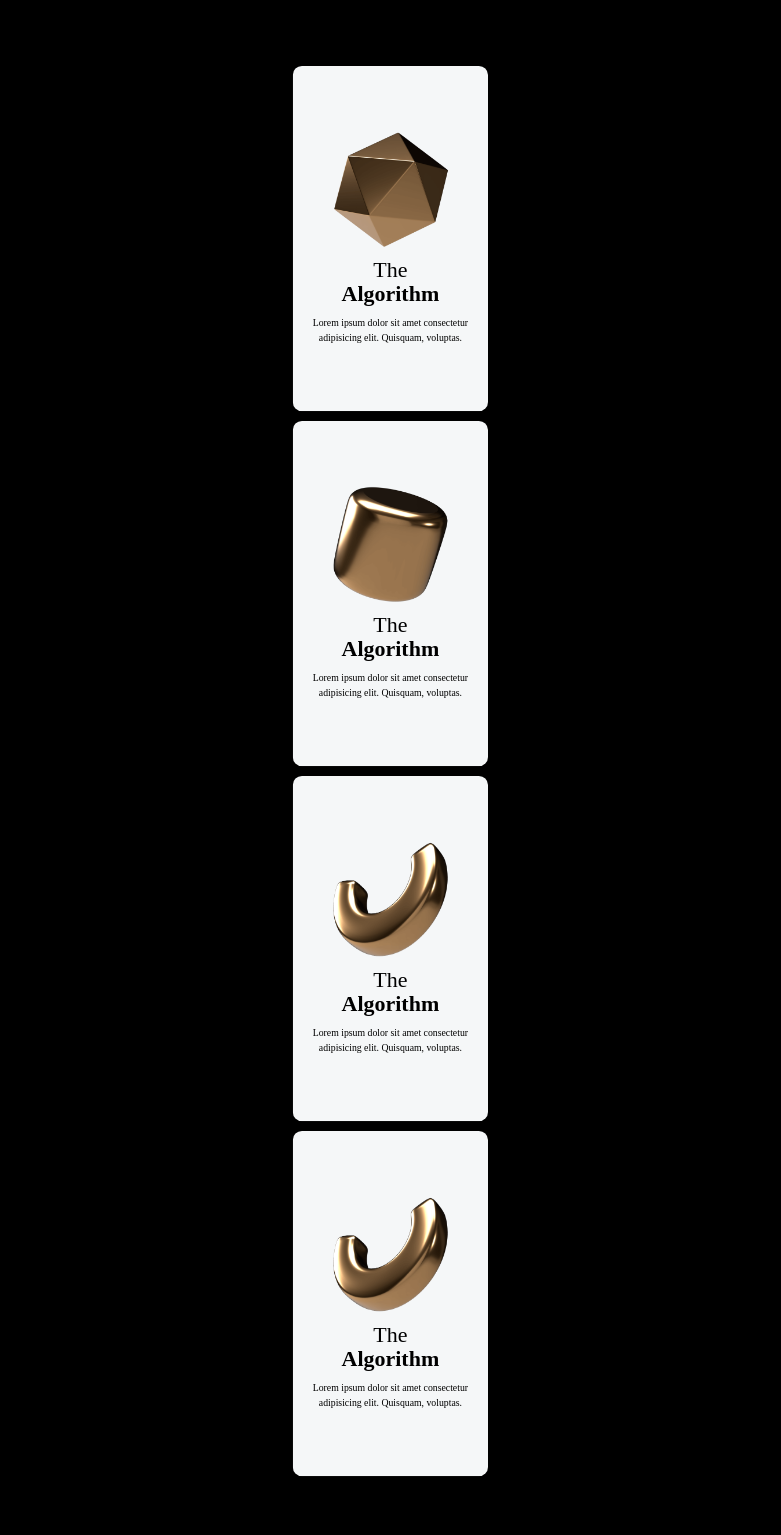
Repository: Himani0002/Scroll-Trigger
Page: index.html
These files come from the project's save history. The page is drawn as it stood at one moment and after a run of saves; the edit follows.
The browser window is 1280 px wide. The pictures show the whole page, at 61% of full size.
Some web fonts or font styles are not loaded; a fallback is used. Some web libraries are served in a nearby version.

Above is the page before, as saved 2024-11-15 21:42:35.

### index.html
<!DOCTYPE html>
<html lang="en">

<head>
  <meta charset="UTF-8">
  <meta name="viewport" content="width=device-width, initial-scale=1.0">
  <script src="https://cdn.tailwindcss.com"></script>
  <title>Document</title>
  <style>
    @import url('https://fonts.googleapis.com/css2?family=Edu+AU+VIC+WA+NT+Pre:wght@400..700&family=Lato:ital,wght@0,100;0,300;0,400;0,700;0,900;1,100;1,300;1,400;1,700;1,900&family=Montserrat:ital,wght@0,100..900;1,100..900&family=Roboto+Slab:wght@100..900&display=swap');

    * {
      padding: 0;
      font-family: "Edu AU VIC WA NT Pre", cursive;
      margin: 0;
      box-sizing: border-box;
    }

    html,
    body {
      height: 100%;
      width: 100%;
      background-color: black;
    }
  </style>
</head>
<main class="w-full  text-center flex flex-col gap-4 items-center pt-[15vh]">
  <div
    class="card1 flex sticky top-[15vh] flex-col w-[25svw] rounded-[15px] py-[15vh] px-[20px] gap-4 items-center bg-[#F5F7F8]">
    <img src="./image/1.png" class="w-[190px] aspect-square" alt="">
    <h1 class="text-4xl font-thin">
      The<br>
      <span class="font-bold">Algorithm</span>
    </h1>
    <p>
      Lorem ipsum dolor sit amet consectetur adipisicing elit. Quisquam, voluptas.
    </p>
  </div>
  <div
    class="card2 sticky top-[15vh] flex flex-col w-[25svw] rounded-[15px] py-[15vh] px-[20px] gap-4 items-center bg-[#F5F7F8]">
    <img src="./image/2.png" class="w-[190px] aspect-square" alt="">
    <h1 class="text-4xl font-thin">
      The<br>
      <span class="font-bold">Algorithm</span>
    </h1>
    <p>
      Lorem ipsum dolor sit amet consectetur adipisicing elit. Quisquam, voluptas.
    </p>
  </div>
  <div
    class="card3 sticky top-[15vh] flex flex-col w-[25svw] rounded-[15px] py-[15vh] px-[20px] gap-4 items-center bg-[#F5F7F8]">
    <img src="./image/3.png" class="w-[190px] aspect-square" alt="">
    <h1 class="text-4xl font-thin">
      The<br>
      <span class="font-bold">Algorithm</span>
    </h1>
    <p>
      Lorem ipsum dolor sit amet consectetur adipisicing elit. Quisquam, voluptas.
    </p>
  </div>
  <div
    class="card3 sticky top-[15vh] flex flex-col w-[25svw] rounded-[15px] py-[15vh] px-[20px] gap-4 items-center bg-[#F5F7F8]">
    <img src="./image/3.png" class="w-[190px] aspect-square" alt="">
    <h1 class="text-4xl font-thin">
      The<br>
      <span class="font-bold">Algorithm</span>
    </h1>
    <p>
      Lorem ipsum dolor sit amet consectetur adipisicing elit. Quisquam, voluptas.
    </p>
  </div>

</main>

<body>

</body>

</html>

After the next 2 saves:
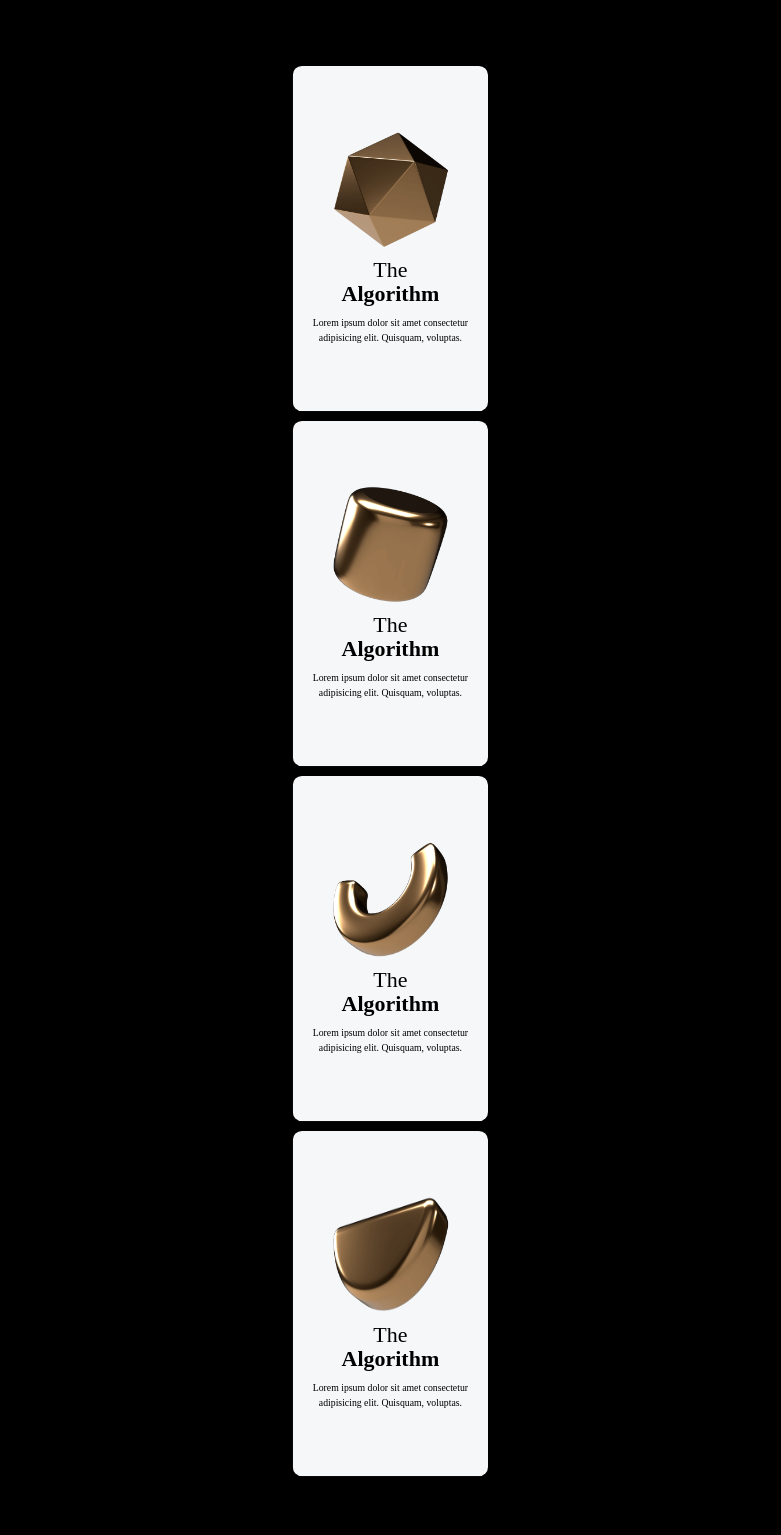
The 2 saves are shown as one change because they came seconds apart.
The last was saved 9 s later.
--- a/index.html
+++ b/index.html
@@ -59,8 +59,8 @@
     </p>
   </div>
   <div
-    class="card3 sticky top-[15vh] flex flex-col w-[25svw] rounded-[15px] py-[15vh] px-[20px] gap-4 items-center bg-[#F5F7F8]">
-    <img src="./image/3.png" class="w-[190px] aspect-square" alt="">
+    class="card4 sticky top-[15vh] flex flex-col w-[25svw] rounded-[15px] py-[15vh] px-[20px] gap-4 items-center bg-[#F5F7F8]">
+    <img src="./image/4.png" class="w-[190px] aspect-square" alt="">
     <h1 class="text-4xl font-thin">
       The<br>
       <span class="font-bold">Algorithm</span>
